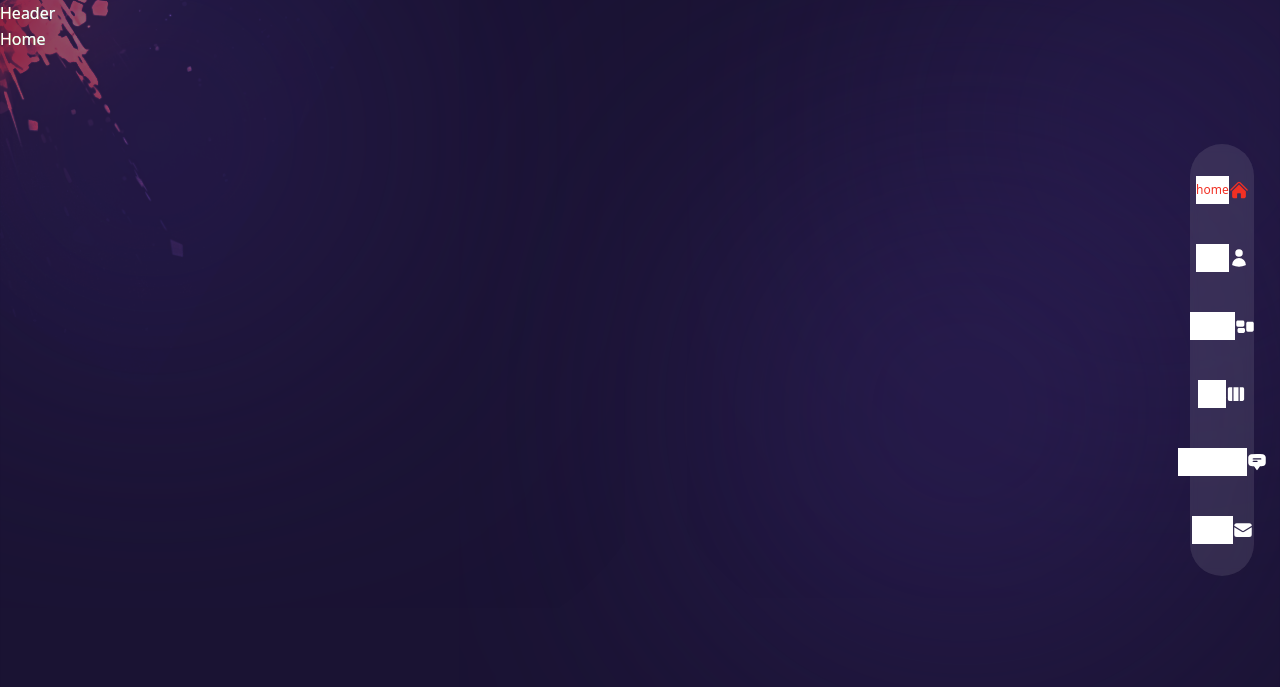
Repository: AchourMaryem/My-personal-portfolio
Page: /
These files come from the project's save history. The page is drawn as it stood at one moment and after a run of saves; the edit follows.
The browser window is 1280 px wide. The pictures show the whole page.
The project was rebuilt for these pictures with package versions that can differ from the ones it lists, and the page was loaded fresh each time. The framework's server and built-in components were replaced by stand-ins that run in the browser. Also part of the build but not shown: next.config.js.

Above is the page before, as saved 2023-09-21 12:36:06.

After the next 2 saves:
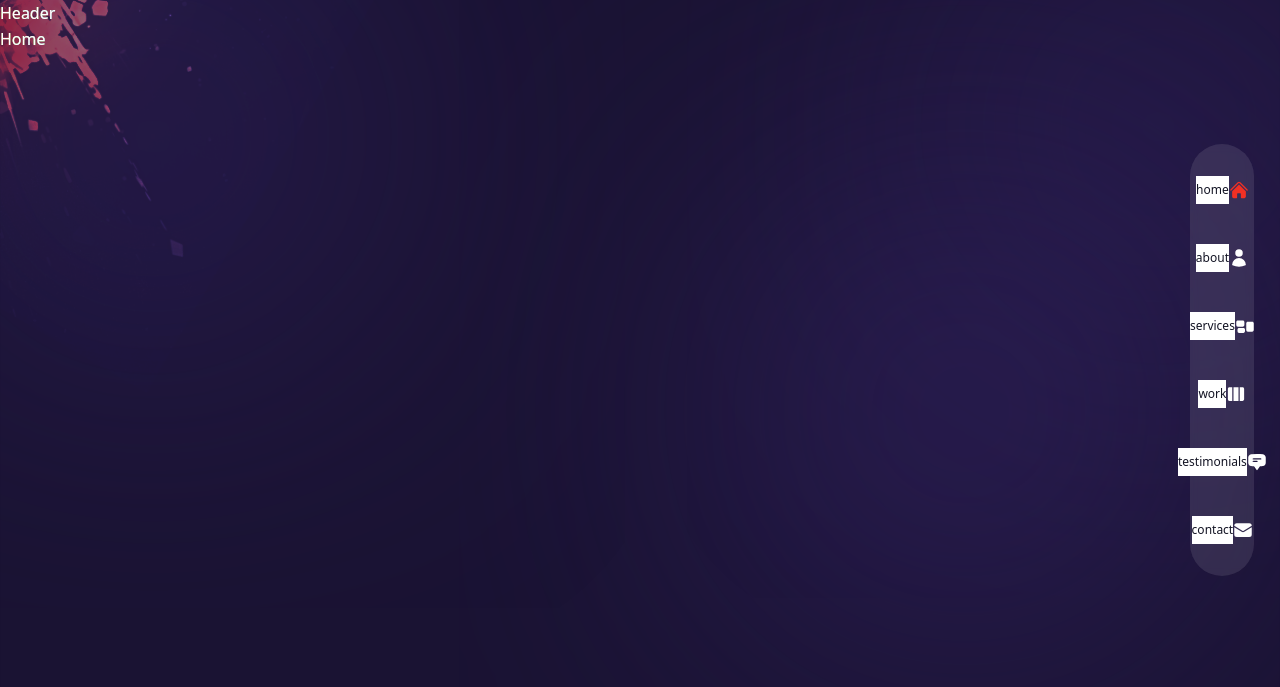
The 2 saves are shown as one change because they came seconds apart.
The last was saved 12 s later.
--- a/components/Nav.js
+++ b/components/Nav.js
@@ -43,7 +43,7 @@ const Nav = () => {
           >
 
           {/* tooltip */}
-          <div className='bg-white relative'>
+          <div className='bg-white relative flex text-primary'>
           <div className='text-[12px]'>{link.name}</div>
           </div>
          <div> {link.icon}</div>
